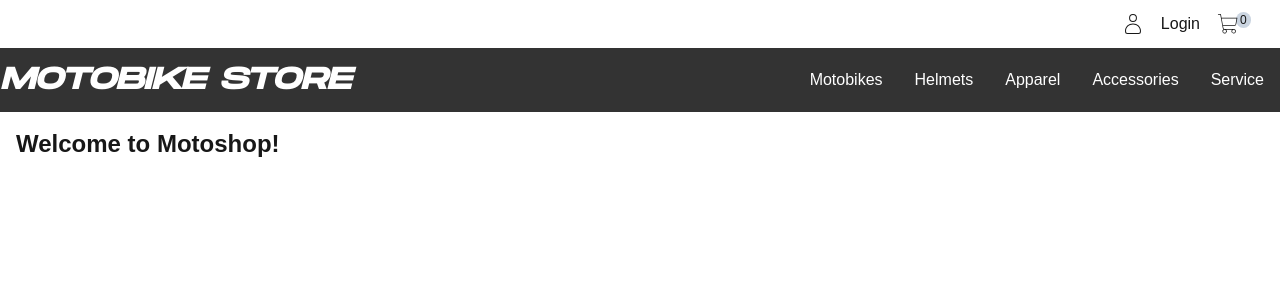
Repository: Than-sothearak/next-motoshop
Page: /
These files come from the project's save history. The page is drawn as it stood at one moment and after the next save; the edit follows.
The browser window is 1280 px wide. The pictures show the whole page.
The project was rebuilt for these pictures with package versions that can differ from the ones it lists, and the page was loaded fresh each time. The framework's server and built-in components were replaced by stand-ins that run in the browser. Also part of the build but not shown: next.config.mjs.

Above is the page before, as saved 2024-10-10 22:38:22.

### app/layout.js
import localFont from "next/font/local";
import "./globals.css";
import Navbar from "./components/Navbar";

export const metadata = {
  title: "Create Next App",
  description: "Generated by create next app",
};

export default function RootLayout({ children }) {
  return (
    <html lang="en">
      <body

      >
        <Navbar />
        {children}
      </body>
    </html>
  );
}

### app/page.js
export default function Home() {
  return (
    <div className="p-4">
    <h1 className="text-2xl font-bold">Welcome to Motoshop!</h1>
    {/* Product listing here */}
  </div>
  );
}

### app/components/Navbar.js
"use client";
import { PiShoppingCartThin } from "react-icons/pi";
import { CiUser } from "react-icons/ci";
import { usePathname } from "next/navigation";
const links = [
  { title: "Motobikes", link: "/motobike" },
  {
    title: "Helmets",
    link: "/helmets",
    subLink: [
      {
        title: "Fullface",
        link: "/helmets/full-face",
        image:
          "https://pngimg.com/uploads/motorcycle_helmets/motorcycle_helmets_PNG9630.png",
      },

      {
        title: "Open Face",
        link: "/helmets/openface",
        image:
          "https://pngimg.com/uploads/motorcycle_helmets/motorcycle_helmets_PNG9631.png",
      },
      {
        title: "Modular",
        link: "/helmets/modular",
        image:
          "https://pngimg.com/uploads/motorcycle_helmets/motorcycle_helmets_PNG9632.png",
      },
    ],
  },
  { title: "Apparel", link: "/apparel" },
  { title: "Accessories", link: "/accessories" },
  { title: "Service", link: "/service" },
];
export default function Navbar() {
  const partName = usePathname();
  console.log(partName);
  return (
    <>
      <div className="flex gap-4 h-12 justify-end px-10 items-center">
        <CiUser size={24} className="cursor-pointer" />
        Login
        <div>
          <div className="relative">
            <p className="absolute bg-slate-300 text-xs rounded-full px-1 left-5">
              0
            </p>
          </div>
          <PiShoppingCartThin size={24} className="relative cursor-pointer" />
        </div>
      </div>
      <nav className="mx-auto text-black bg-black/80 flex justify-between relative">
        <div className="container mx-auto flex justify-between items-center">
          <div className="h-16 flex justify-center items-center">
            <a
              href="/"
              className="italic font-bold text-3xl font-monument text-white uppercase"
            >
              Motobike store
            </a>
          </div>

          <div className="flex text-white">
            {links.map((link) => (
              <div key={link.title} className="group hover:bg-black">
                <div
                  className={`${
                    partName === link.link ? "bg-black underline" : ""
                  } flex gap-4 h-16 px-4 justify-center items-center `}
                >
                  <a
                    href={link.link}
                    className="cursor-pointer hover:underline"
                  >
                    <h3>{link.title} </h3>
                  </a>
                </div>
                {link.subLink && (
                  <div className="bg-white border container mx-auto shadow-sm p-4  justify-center absolute z-20 top-16 right-0 left-0 hidden group-hover:flex opacity-0 -translate-y-5 transition-all duration-300 group-hover:opacity-100 group-hover:translate-y-0">
                    <div className="flex gap-10 font-monument">
                      {link.subLink.map((subLink) => (

                        <div key={subLink.title} className="flex flex-row gap-10">
                          <a
                            href={subLink.link}
                            className="flex flex-col gap-4 justify-between items-center cursor-pointer transform transition duration-300 ease-in-out hover:scale-105 hover:rotate-1 hover:translate-y-2"
                          >
                            <div className="w-24">
                              <img src={subLink.image} alt={subLink.image}  className="transform transition duration-300 ease-in-out hover:scale-110"/>
                            </div>
                            <p className="text-black">{subLink.title}</p>
                          </a>
                          <div className="border"></div>
                        </div>
                      ))}
                    </div>
                  </div>
                )}
              </div>
            ))}
          </div>
        </div>

      </nav>
    </>
  );
}

Loaded but not shown: app/globals.css (common file); tailwind.config.js (common file)

After the next save:
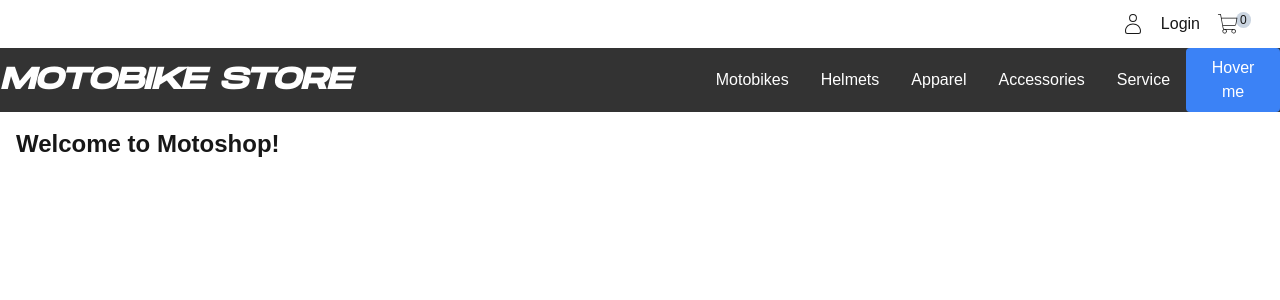
Saved 55 s later.
--- a/app/components/Navbar.js
+++ b/app/components/Navbar.js
@@ -101,7 +101,18 @@
             ))}
           </div>
         </div>
+        <div className="group relative">
+      {/* Button or main element */}
+      <button className="bg-blue-500 text-white px-4 py-2 rounded">
+        Hover me
+      </button>
 
+      {/* Element to show on hover */}
+      <div className="absolute top-0 left-0 mt-10 w-48 bg-white p-4 rounded-lg shadow-lg opacity-0 -translate-y-5 transition-all duration-300 group-hover:opacity-100 group-hover:translate-y-0 group-hover:flex hidden">
+        {/* Content inside the hidden element */}
+        Hidden content appears here!
+      </div>
+    </div>
       </nav>
     </>
   );

After the save that followed:
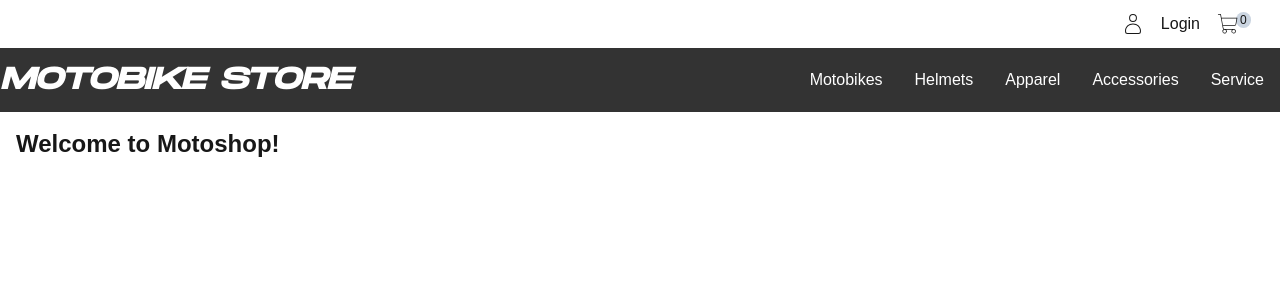
Saved 33 s later.
--- a/app/components/Navbar.js
+++ b/app/components/Navbar.js
@@ -101,18 +101,7 @@
             ))}
           </div>
         </div>
-        <div className="group relative">
-      {/* Button or main element */}
-      <button className="bg-blue-500 text-white px-4 py-2 rounded">
-        Hover me
-      </button>
 
-      {/* Element to show on hover */}
-      <div className="absolute top-0 left-0 mt-10 w-48 bg-white p-4 rounded-lg shadow-lg opacity-0 -translate-y-5 transition-all duration-300 group-hover:opacity-100 group-hover:translate-y-0 group-hover:flex hidden">
-        {/* Content inside the hidden element */}
-        Hidden content appears here!
-      </div>
-    </div>
       </nav>
     </>
   );
